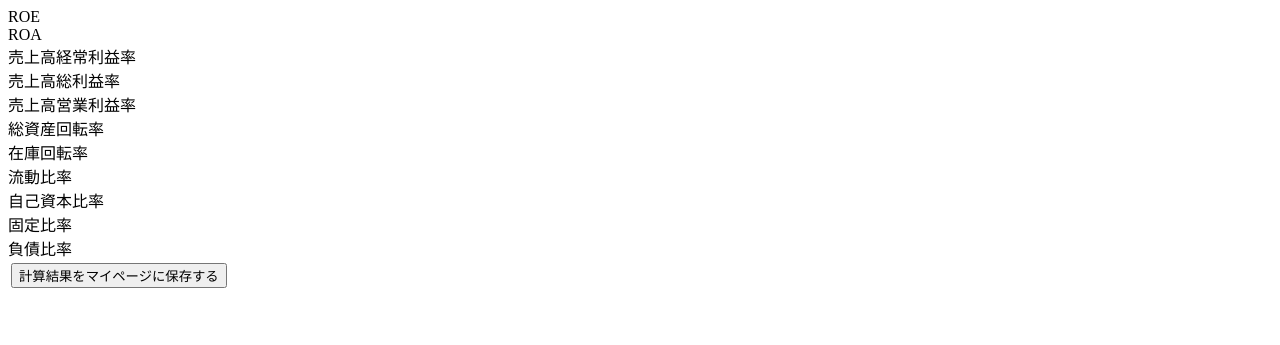
Repository: HattoriKotaro19920408/Keisanchan
Page: http://localhost/Keisanchan/keisanResult.jsp
The author's editor kept a copy of each file at every save. The page is drawn from the files as they stood at one save, then again after the next save.
The browser window is 1280 px wide. The pictures show the whole page.
The page is served by Tomcat 9.

Above is the page before, as saved 2018-08-20 05:03:09.

After the next save:
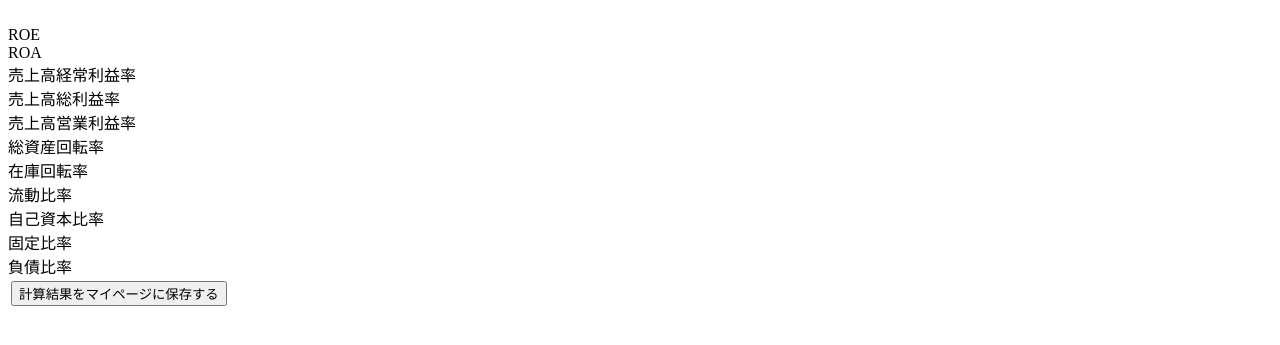
Saved 64 s later.
--- a/Keisanchan/WebContent/keisanResult.jsp
+++ b/Keisanchan/WebContent/keisanResult.jsp
@@ -14,6 +14,8 @@
 <body>
 
  <s:form action="KeisanResultAction">
+
+ <s:property value="company_name"/><br>
 		ROE <s:property value="roe"/><br>
 		 ROA<s:property value="roa"/><br>
 		 売上高経常利益率<s:property value="uriage_keijo_ratio"/><br>
